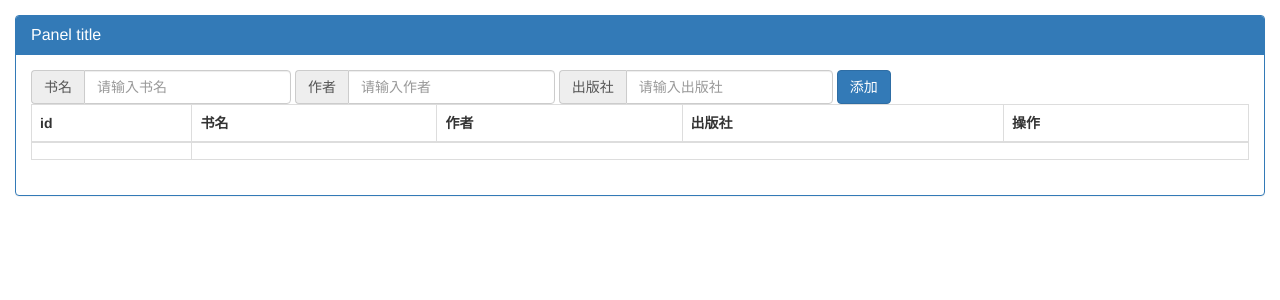
Repository: Bluesouls/eliauk.github.io
Page: Ajax学习笔记/day01/code/图书管理.html
An editor plug-in stored every save of this project. The page is shown before and after the next save, followed by the edit.
The browser window is 1280 px wide. The pictures show the whole page.

Above is the page before, as saved 2022-04-24 17:03:06.
Console error (its wording comes from the project's code and is left out).

### Ajax学习笔记/day01/code/图书管理.html
<!DOCTYPE html>
<html lang="en">
<head>
  <meta charset="UTF-8">
  <meta http-equiv="X-UA-Compatible" content="IE=edge">
  <meta name="viewport" content="width=device-width, initial-scale=1.0">
  <link href="https://cdn.bootcss.com/bootstrap/3.3.7/css/bootstrap.css" rel="stylesheet">
  <script src="https://cdn.bootcss.com/bootstrap/3.3.7/js/bootstrap.js"></script>
  <title>图书管理</title>
</head>
<body style="padding:15px">

  <div class="panel panel-primary">
      <div class="panel-heading">
        <h3 class="panel-title">Panel title</h3>
      </div>
      <div class="panel-body form-inline">

          <div class="input-group">
            <div class="input-group-addon">书名</div>
            <input type="text" class="form-control" id="books" placeholder="请输入书名">
          </div>
          <div class="input-group">
            <div class="input-group-addon">作者</div>
            <input type="text" class="form-control" id="author" placeholder="请输入作者">
          </div>
          <div class="input-group">
            <div class="input-group-addon">出版社</div>
            <input type="text" class="form-control" id="publisher" placeholder="请输入出版社">
          </div>

          <button type="button" class="btn btn-primary">添加</button>




          <table class="table table-bordered table-hover">
            <thead>
              <tr>
                <th>id</th>
                <th>书名</th>
                <th>作者</th>
                <th>出版社</th>
                <th>操作</th>
              </tr>
            </thead>
            <tbody>
              <tr>
                <td></td>
              </tr>
            </tbody>
          </table>



      </div>
  </div>

</body>
</html>

After the next save:
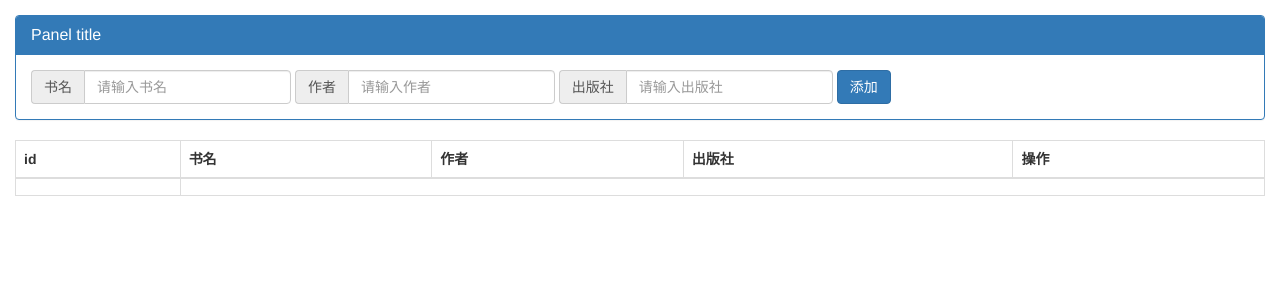
Saved 37 s later.
--- a/Ajax学习笔记/day01/code/图书管理.html
+++ b/Ajax学习笔记/day01/code/图书管理.html
@@ -31,30 +31,25 @@
 
           <button type="button" class="btn btn-primary">添加</button>
 
-
-
-
-          <table class="table table-bordered table-hover">
-            <thead>
-              <tr>
-                <th>id</th>
-                <th>书名</th>
-                <th>作者</th>
-                <th>出版社</th>
-                <th>操作</th>
-              </tr>
-            </thead>
-            <tbody>
-              <tr>
-                <td></td>
-              </tr>
-            </tbody>
-          </table>
-
-
-
       </div>
   </div>
 
+  <!-- 图书的表格 -->
+  <table class="table table-bordered table-hover">
+    <thead>
+      <tr>
+        <th>id</th>
+        <th>书名</th>
+        <th>作者</th>
+        <th>出版社</th>
+        <th>操作</th>
+      </tr>
+    </thead>
+    <tbody>
+      <tr>
+        <td></td>
+      </tr>
+    </tbody>
+  </table>
 </body>
 </html>
